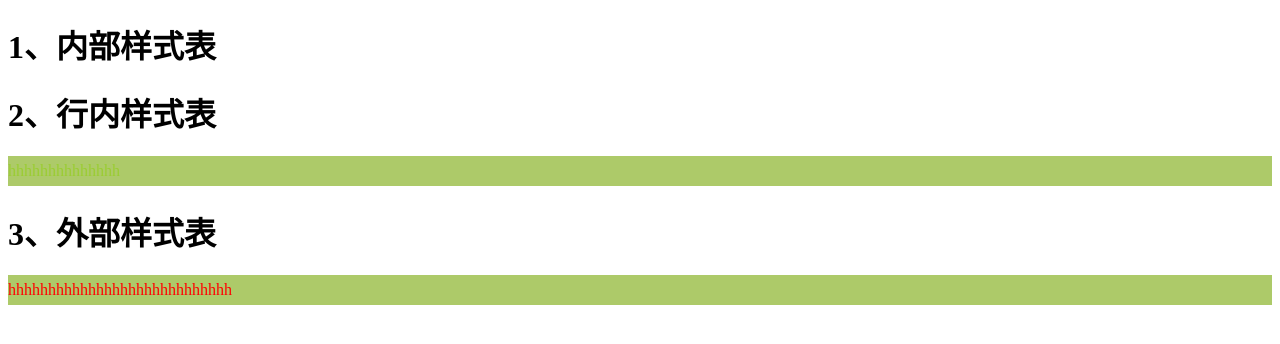
Repository: zhengdeya/web-based
Page: 15-CSS的引入方式/index.html
The author's editor kept a copy of each file at every save. The page is drawn from the files as they stood at one save, then again after the next save.
The browser window is 1280 px wide. The pictures show the whole page.

Above is the page before, as saved 2021-03-28 15:40:55.

After the next save:
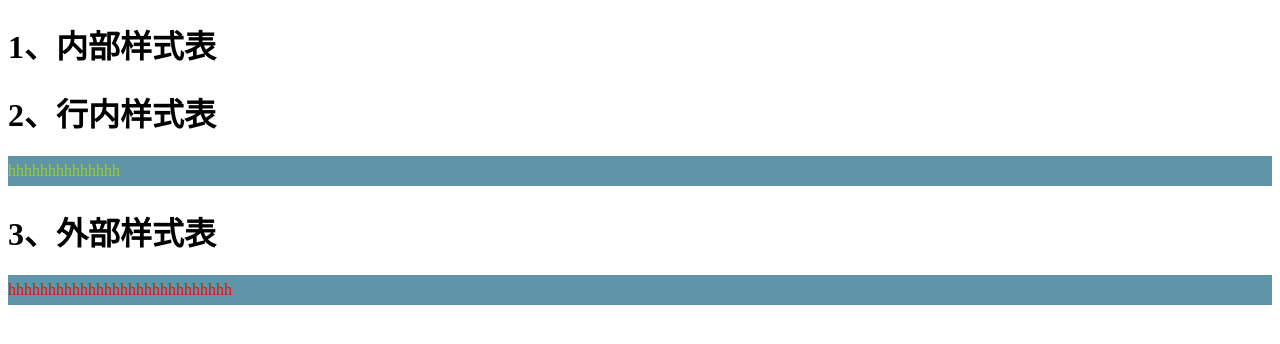
Saved 12 s later.
--- a/15-CSS的引入方式/style.css
+++ b/15-CSS的引入方式/style.css
@@ -1,6 +1,6 @@
 /* CSS文件里只有样式 */
 p {
     color: red;
-    background-color: rgb(173, 202, 105);
+    background-color: rgb(96, 148, 168);
     line-height: 30px;
 }
